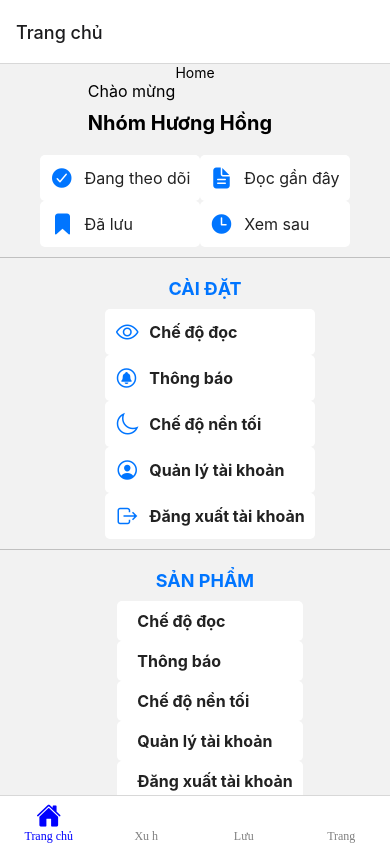
Repository: Quynhhuong150322/New_Daily
Screen: /BottomTab
The author's editor kept a copy of each file at every save. The screen is drawn from the files as they stood at one save, then again after the next save.
An inner scrolling area shows only its first screen. The app was drawn by React Native's web renderer in a window 390 px wide. The project was rebuilt for these pictures with package versions that can differ from the ones it lists, and the page was loaded fresh each time. Also part of the build but not shown: firebase.js, screens/Login.js, screens/Signup.js, screens/Trending.js, screens/Save.js, screens/Profile.js, screens/Setting.js, screens/Dark_Mode.js and 1 more.

Above is the screen before, as saved 2023-12-20 03:09:48.

After the next save:
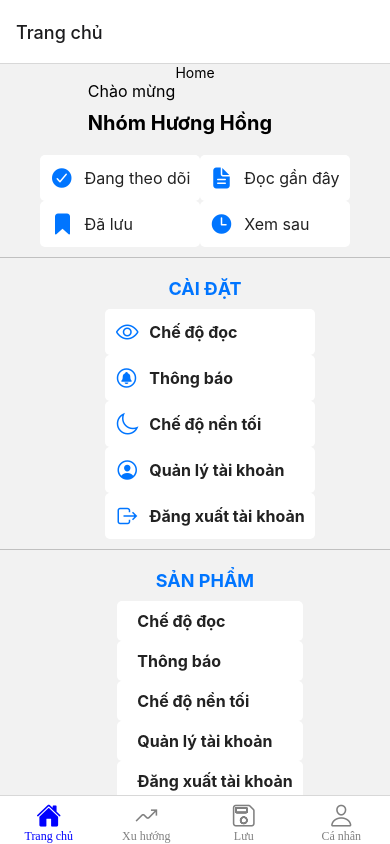
Saved 1 s later.
--- a/screens/BottomTab.js
+++ b/screens/BottomTab.js
@@ -17,11 +17,11 @@
 
             if (route.name === "Trang chủ") {
                 iconName = focused ? "home" : "home-outline";
-            } else if (route.name === "Trending") {
+            } else if (route.name === "Xu hướng") {
                 iconName = focused ? "trending-up" : "trending-up-outline";
-            } else if (route.name === "Save") {
+            } else if (route.name === "Lưu") {
                 iconName = focused ? "save" : "save-outline";
-            } else if (route.name === "Profile") {
+            } else if (route.name === "Cá nhân") {
                 iconName = focused ? "person" : "person-outline";
             }
 
@@ -38,9 +38,9 @@
         }}
         >
         <Tab.Screen name="Trang chủ" component={Home} />
-        <Tab.Screen name="Xu h" component={Trending} />
+        <Tab.Screen name="Xu hướng" component={Trending} />
         <Tab.Screen name="Lưu" component={Save} />
-        <Tab.Screen name="Trang" component={Profile} />
+        <Tab.Screen name="Cá nhân" component={Profile} />
         </Tab.Navigator>
     );
 }
